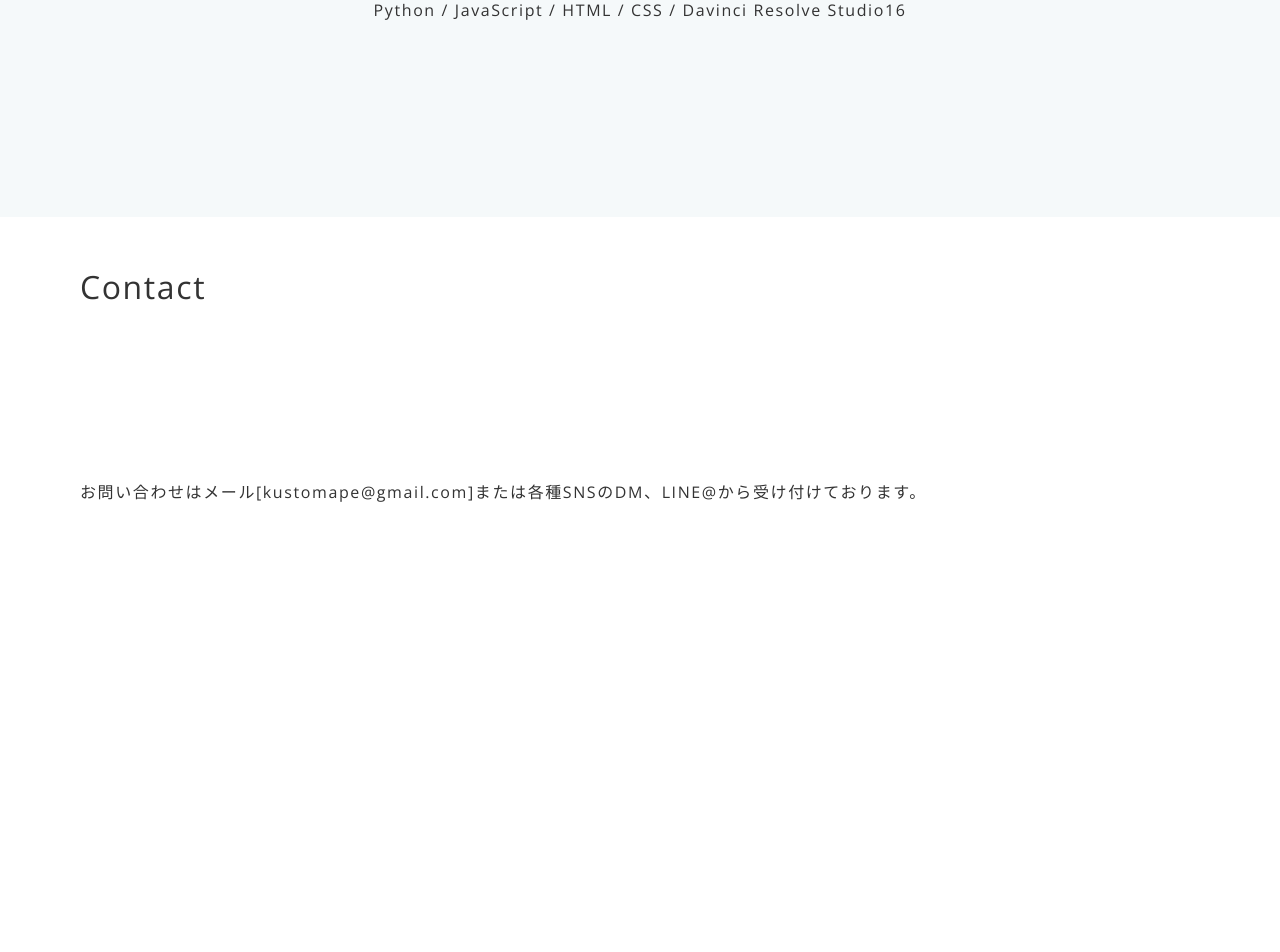
Repository: AirDepot/web
Page: index.html
The author's editor kept a copy of each file at every save. The page is drawn from the files as they stood at one save, then again after the next save.
The browser window is 1280 px wide. The pictures show the part of the page from y = 4463 to 5415 px (the page is 5692 px tall).
A picture or video elsewhere on the page could not be fetched, so the positions and the page height are approximate.

Above is the page before, as saved 2020-02-12 00:51:09.

After the next save:
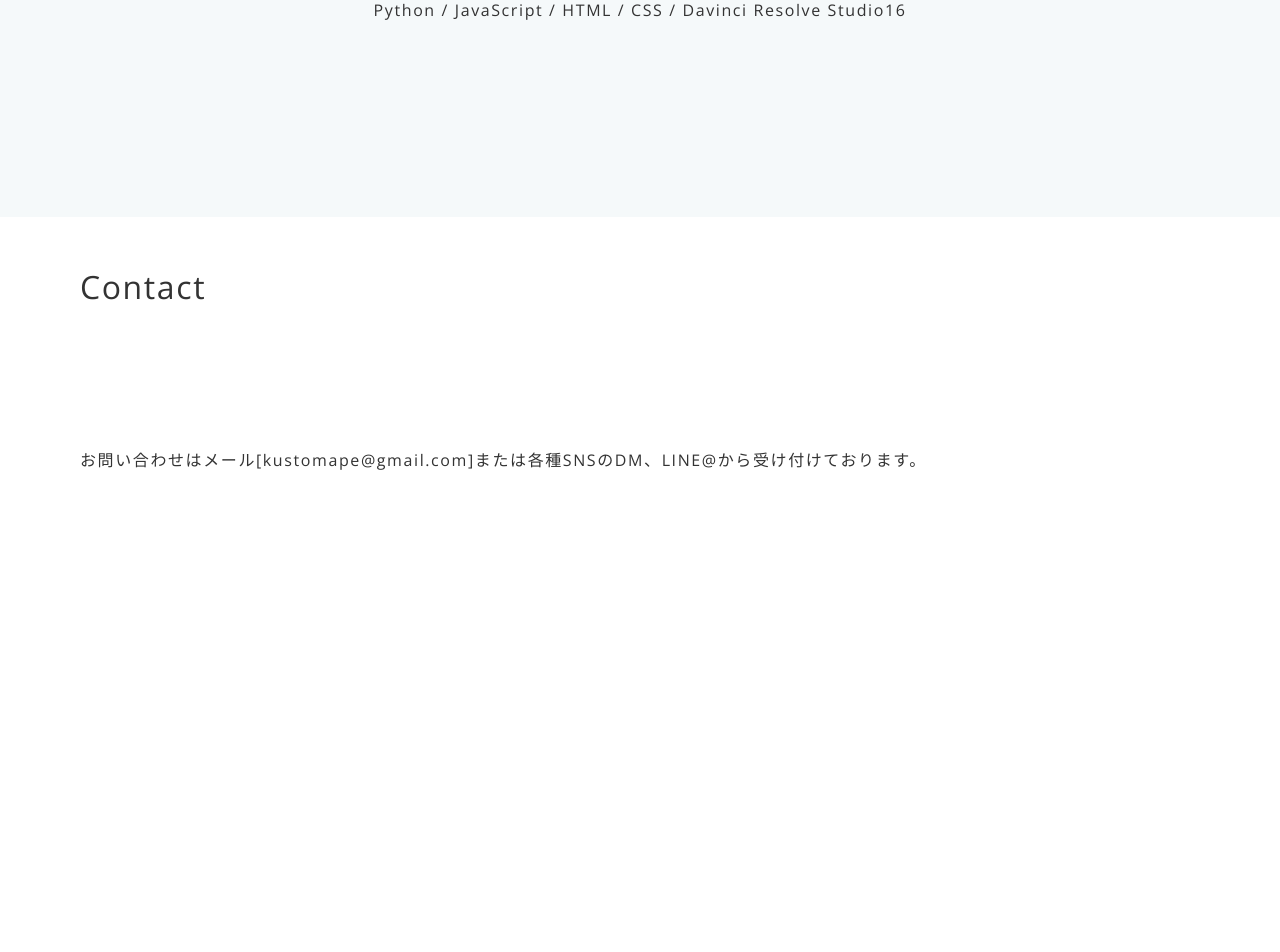
Saved 17 s later.
--- a/assets/css/common.css
+++ b/assets/css/common.css
@@ -192,7 +192,7 @@ div#contact {
 }
 
 div#contact p#kustomape_contact {
-    padding-top: 9rem;
+    padding-top: 7rem;
     margin-left: 5rem;
     font-size: 1rem;
     letter-spacing: 0.1rem;
